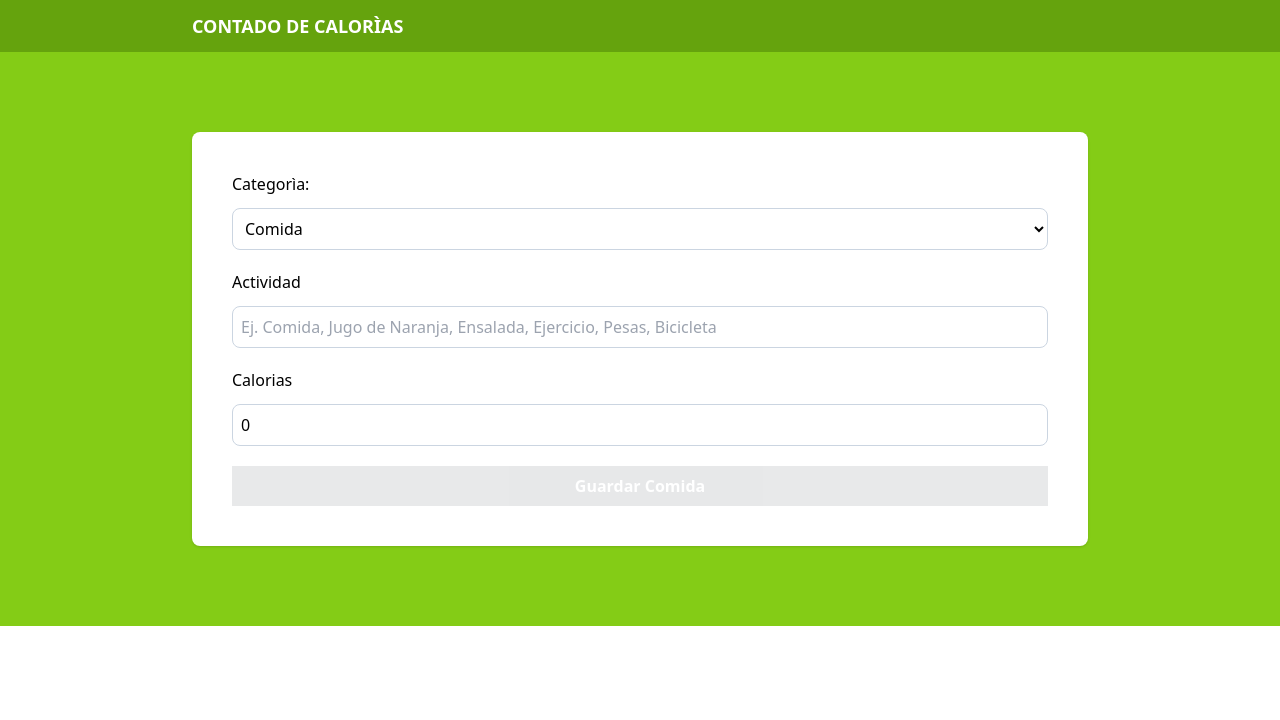
Repository: Matiiu/calorie-tracker
Page: /
The author's editor kept a copy of each file at every save. The page is drawn from the files as they stood at one save, then again after the next save.
The browser window is 1280 px wide. The pictures show the whole page.
The project was rebuilt for these pictures with package versions that can differ from the ones it lists, and the page was loaded fresh each time. Also part of the build but not shown: vite.config.ts.

Above is the page before, as saved 2024-04-01 12:44:39.

After the next save:
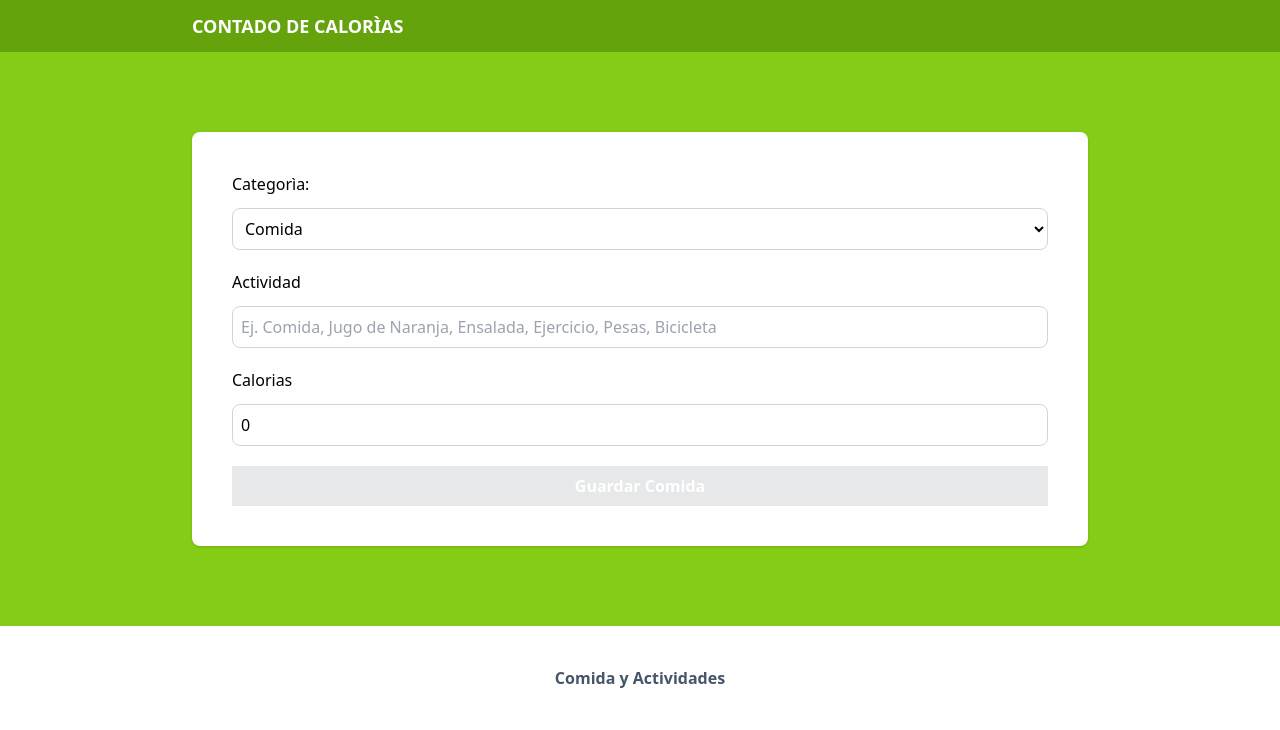
Saved 28 s later.
--- a/src/App.tsx
+++ b/src/App.tsx
@@ -2,6 +2,7 @@ import { useReducer } from "react";
 
 import Header from "./components/Header";
 import Form from "./components/Form";
+import ActivityList from "./components/ActivityList";
 
 import { activityReducer, initialState } from "./reducers/activityReducer";
 export default function App() {
@@ -20,7 +21,7 @@ export default function App() {
       </section>
 
       <section className="p-10 mx-auto max-w-4xl">
-
+        <ActivityList />
       </section>
     </>
   );
